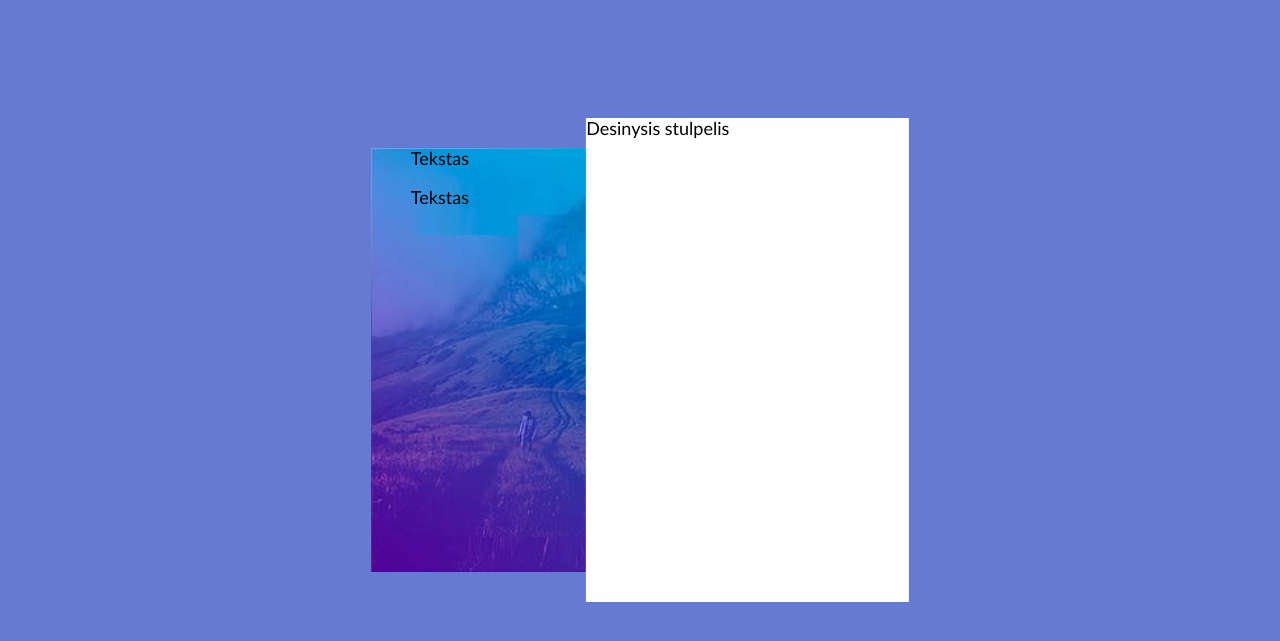
Repository: motiejus1/11-paskaita-adobexd-registracija
Page: index.html
These files come from the project's save history. The page is drawn as it stood at one moment and after a run of saves; the edit follows.
The browser window is 1280 px wide. The pictures show the whole page.

Above is the page before, as saved 2021-06-17 19:00:21.

After the next 2 saves:
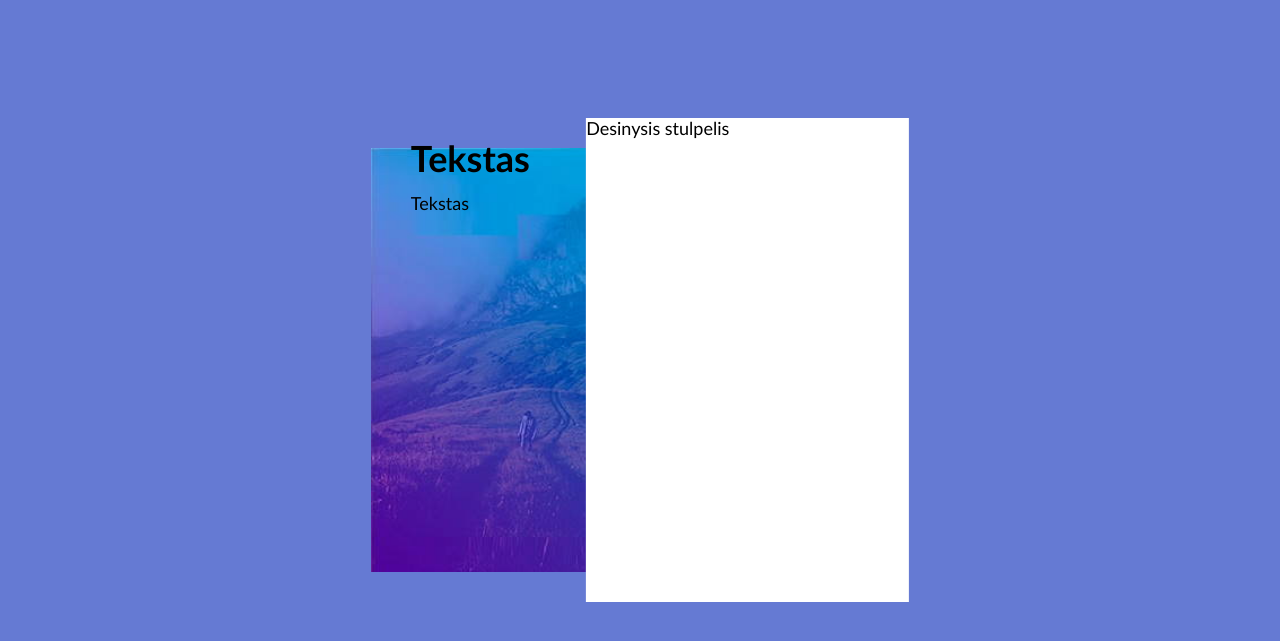
The 2 saves are shown as one change because they came seconds apart.
The last was saved 2 min 1 s later.
--- a/index.html
+++ b/index.html
@@ -58,7 +58,7 @@
 
         <div class="left-column">
             <div class="left-column-container">
-                <p>Tekstas</p>
+                <h1>Tekstas</h1>
                 <p>Tekstas</p>
             </div>
         </div>
